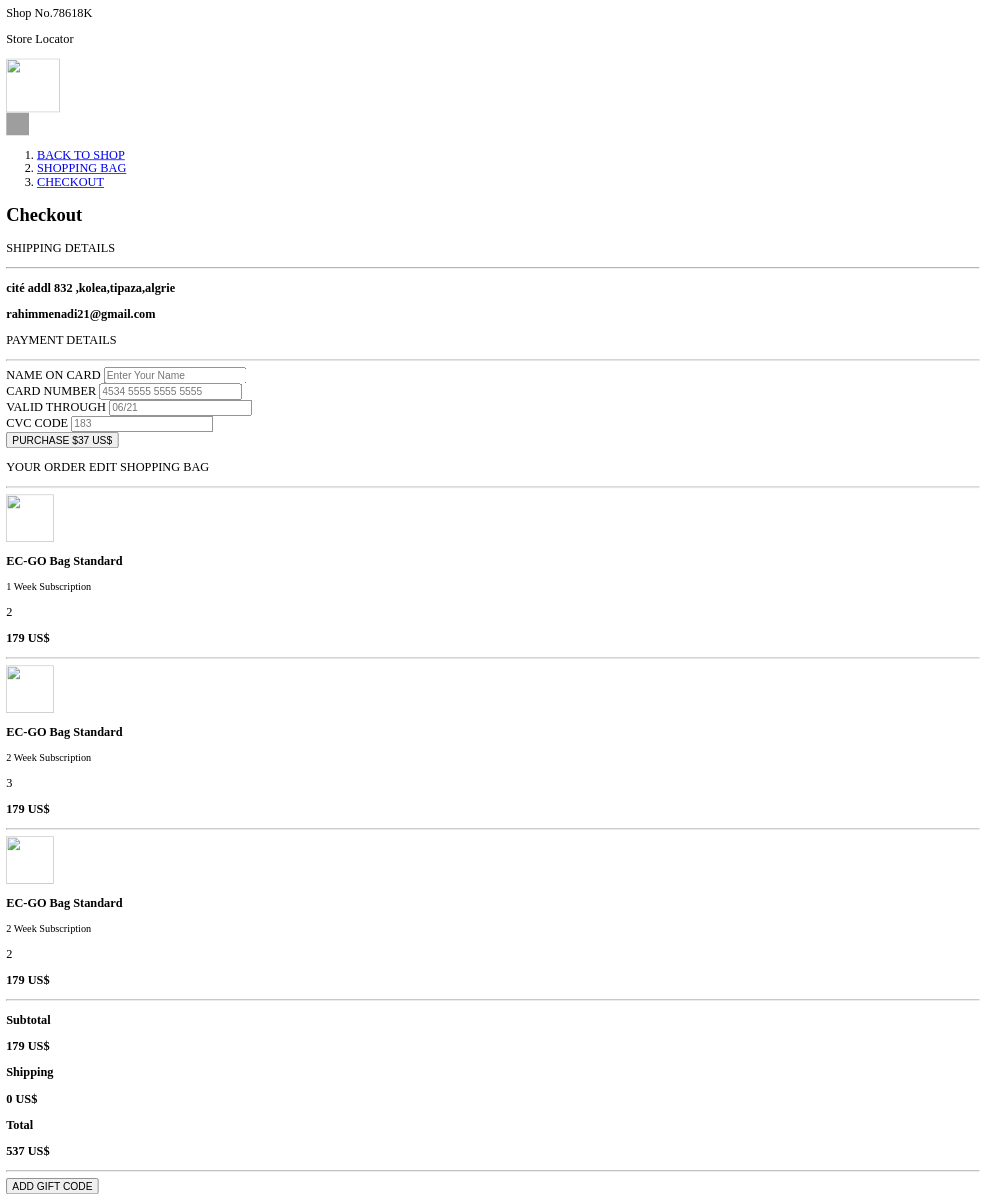
Repository: rahimmenadi/projectx
Page: checkout.html
An editor plug-in stored every save of this project. The page is shown before and after the next save, followed by the edit.
The browser window is 1280 px wide. The pictures show the whole page, at 77% of full size.
Pictures or frames that could not be fetched are drawn as grey boxes.

Above is the page before, as saved 2023-05-16 12:16:02.

### checkout.html
<div class=" container-fluid my-5 ">
    <div class="row justify-content-center ">
        <div class="col-xl-10">
            <div class="card shadow-lg ">
                <div class="row p-2 mt-3 justify-content-between mx-sm-2">
                    <div class="col">
                        <p class="text-muted space mb-0 shop"> Shop No.78618K</p>
                        <p class="text-muted space mb-0 shop">Store Locator</p>
                    </div>
                    <div class="col">
                        <div class="row justify-content-start ">
                            <div class="col">
                                <img class="irc_mi img-fluid cursor-pointer " src=""  width="70" height="70" >
                            </div>
                        </div>
                    </div>
                    <div class="col-auto">
                        <img class="irc_mi img-fluid bell" src="https://i.imgur.com/uSHMClk.jpg" width="30" height="30"  >
                    </div>
                </div>
                <div class="row  mx-auto justify-content-center text-center">
                    <div class="col-12 mt-3 ">
                        <nav aria-label="breadcrumb" class="second ">
                            <ol class="breadcrumb indigo lighten-6 first  ">
                                <li class="breadcrumb-item font-weight-bold "><a class="black-text text-uppercase " href="#"><span class="mr-md-3 mr-1">BACK TO SHOP</span></a><i class="fa fa-angle-double-right " aria-hidden="true"></i></li>
                                <li class="breadcrumb-item font-weight-bold"><a class="black-text text-uppercase" href="#"><span class="mr-md-3 mr-1">SHOPPING BAG</span></a><i class="fa fa-angle-double-right text-uppercase " aria-hidden="true"></i></li>
                                <li class="breadcrumb-item font-weight-bold"><a class="black-text text-uppercase active-2" href="#"><span class="mr-md-3 mr-1">CHECKOUT</span></a></li>
                            </ol>
                        </nav>
                    </div>
                </div>

                <div class="row justify-content-around">
                    <div class="col-md-5">
                        <div class="card border-0">
                            <div class="card-header pb-0">
                                <h2 class="card-title space ">Checkout</h2>
                                <p class="card-text text-muted mt-4  space">SHIPPING DETAILS</p>
                                <hr class="my-0">
                            </div>
                            <div class="card-body">
                                <div class="row justify-content-between">
                                    <div class="col-auto mt-0"><p><b>cité addl 832 ,kolea,tipaza,algrie</b></p></div>
                                    <div class="col-auto"><p><b>rahimmenadi21@gmail.com</b> </p></div>
                                </div>
                                <div class="row mt-4">
                                    <div class="col"><p class="text-muted mb-2">PAYMENT DETAILS</p><hr class="mt-0"></div>
                                </div>
                                <div class="form-group">
                                    <label for="NAME" class="small text-muted mb-1">NAME ON CARD</label>
                                    <input type="text" class="form-control form-control-sm" name="NAME" id="NAME" aria-describedby="helpId" placeholder="Enter Your Name">
                                </div>
                                <div class="form-group">
                                    <label for="NAME" class="small text-muted mb-1">CARD NUMBER</label>
                                    <input type="text" class="form-control form-control-sm" name="NAME" id="NAME" aria-describedby="helpId" placeholder="4534 5555 5555 5555">
                                </div>
                                <div class="row no-gutters">
                                    <div class="col-sm-6 pr-sm-2">
                                        <div class="form-group">
                                            <label for="NAME" class="small text-muted mb-1">VALID THROUGH</label>
                                            <input type="text" class="form-control form-control-sm" name="NAME" id="NAME" aria-describedby="helpId" placeholder="06/21">
                                        </div>
                                    </div>
                                    <div class="col-sm-6">
                                        <div class="form-group">
                                            <label for="NAME" class="small text-muted mb-1">CVC CODE</label>
                                            <input type="text" class="form-control form-control-sm" name="NAME" id="NAME" aria-describedby="helpId" placeholder="183">
                                        </div>
                                    </div>
                                </div>
                                <div class="row mb-md-5">
                                    <div class="col">
                                        <button type="button" name="" id="" class="btn  btn-lg btn-block ">PURCHASE $37 US$</button>
                                    </div>
                                </div>
                            </div>
                        </div>
                    </div>
                    <div class="col-md-5">
                        <div class="card border-0 ">
                            <div class="card-header card-2">
                                <p class="card-text text-muted mt-md-4  mb-2 space">YOUR ORDER <span class=" small text-muted ml-2 cursor-pointer">EDIT SHOPPING BAG</span> </p>
                                <hr class="my-2">
                            </div>
                            <div class="card-body pt-0">
                                <div class="row  justify-content-between">
                                    <div class="col-auto col-md-7">
                                        <div class="media flex-column flex-sm-row">
                                            <img class=" img-fluid" src="" width="62" height="62">
                                            <div class="media-body  my-auto">
                                                <div class="row ">
                                                    <div class="col-auto"><p class="mb-0"><b>EC-GO Bag Standard</b></p><small class="text-muted">1 Week Subscription</small></div>
                                                </div>
                                            </div>
                                        </div>
                                    </div>
                                    <div class=" pl-0 flex-sm-col col-auto  my-auto"> <p class="boxed-1">2</p></div>
                                    <div class=" pl-0 flex-sm-col col-auto  my-auto "><p><b>179 US$</b></p></div>
                                </div>
                                <hr class="my-2">
                                <div class="row  justify-content-between">
                                    <div class="col-auto col-md-7">
                                        <div class="media flex-column flex-sm-row">
                                            <img class=" img-fluid " src="" width="62" height="62">
                                            <div class="media-body  my-auto">
                                                <div class="row ">
                                                    <div class="col"><p class="mb-0"><b>EC-GO Bag Standard</b></p><small class="text-muted">2 Week Subscription</small></div>
                                                </div>
                                            </div>
                                        </div>
                                    </div>
                                    <div class="pl-0 flex-sm-col col-auto  my-auto"> <p class="boxed">3</p></div>
                                    <div class="pl-0 flex-sm-col col-auto my-auto"><p><b>179 US$</b></p></div>
                                </div>
                                <hr class="my-2">
                                <div class="row  justify-content-between">
                                    <div class="col-auto col-md-7">
                                        <div class="media flex-column flex-sm-row">
                                            <img class=" img-fluid " src="" width="62" height="62">
                                            <div class="media-body  my-auto">
                                                <div class="row ">
                                                    <div class="col"><p class="mb-0"><b>EC-GO Bag Standard</b></p><small class="text-muted">2 Week Subscription</small></div>
                                                </div>
                                            </div>
                                        </div>
                                    </div>
                                    <div class="pl-0 flex-sm-col col-auto  my-auto"> <p class="boxed-1">2</p></div>
                                    <div class="pl-0 flex-sm-col col-auto my-auto"><p><b>179 US$</b></p></div>
                                </div>
                                <hr class="my-2">
                                <div class="row ">
                                    <div class="col">
                                        <div class="row justify-content-between">
                                            <div class="col-4"><p class="mb-1"><b>Subtotal</b></p></div>
                                            <div class="flex-sm-col col-auto"><p class="mb-1"><b>179 US$</b></p></div>
                                        </div>
                                        <div class="row justify-content-between">
                                            <div class="col"><p class="mb-1"><b>Shipping</b></p></div>
                                            <div class="flex-sm-col col-auto"><p class="mb-1"><b>0 US$</b></p></div>
                                        </div>
                                        <div class="row justify-content-between">
                                            <div class="col-4"><p ><b>Total</b></p></div>
                                            <div class="flex-sm-col col-auto"><p  class="mb-1"><b>537 US$</b></p> </div>
                                        </div><hr class="my-0">
                                    </div>
                                </div>
                                <div class="row mb-5 mt-4 ">
                                    <div class="col-md-7 col-lg-6 mx-auto"><button type="button" class="btn btn-block btn-outline-primary btn-lg">ADD GIFT CODE</button></div>
                                </div>
                            </div>
                        </div>
                    </div>
                </div>
            </div>
        </div>
    </div>
</div>

### checkout.css
body{
    background: linear-gradient(110deg, #fb54071e 60%,#fb5607  60%);
}

.shop{
    font-size: 10px;
}

.space{
    letter-spacing: 0.8px !important;
}

.second a:hover {
    color: rgb(92, 92, 92) ;
}

.active-2 {
    color: rgb(92, 92, 92)
}


.breadcrumb>li+li:before {
    content: "" !important
}

.breadcrumb {
    padding: 0px;
    font-size: 10px;
    color: #aaa !important;
}

.first {
    background-color: white ;
}

a {
    text-decoration: none !important;
    color: #aaa ;
}

.btn-lg,.form-control-sm:focus,
.form-control-sm:active,
a:focus,a:active {
    outline: none !important;
    box-shadow: none !important
}

.form-control-sm:focus{
    border:1.5px solid #fb5607 ;
}

.btn-group-lg>.btn, .btn-lg {
    padding: .5rem 0.1rem;
    font-size: 1rem;
    border-radius: 0;
    color: white !important;
    background-color: #fb5607;
    height: 2.8rem !important;
    border-radius: 0.2rem !important;
}

.btn-group-lg>.btn:hover, .btn-lg:hover {
    background-color: #fb5607;
}

.btn-outline-primary{
    background-color: #fff !important;
    color:#fb5607 !important;
    border-radius: 0.2rem !important;
    border:1px solid #fb5607;
}

.btn-outline-primary:hover{
    background-color:#fb5607  !important;
    color:#fff !important;
    border:1px solid #fb5607;
}

.card-2{
    margin-top: 40px !important;
}

.card-header{
    background-color: #fff;
    border-bottom:0px solid #aaaa !important;
}

p{
    font-size: 13px ;
}

.small{
    font-size: 9px !important;
}

.form-control-sm {
    height: calc(2.2em + .5rem + 2px);
    font-size: .875rem;
    line-height: 1.5;
    border-radius: 0;
}

.cursor-pointer{
    cursor: pointer;
}

.boxed {
    padding: 0px 8px 0 8px ;
    background-color: #fb5607;
    color: white;
}

.boxed-1{
    padding: 0px 8px 0 8px ;
    color: black !important;
    border: 1px solid #aaaa;
}

.bell{
    opacity: 0.5;
    cursor: pointer;
}

@media (max-width: 767px) {
    .breadcrumb-item+.breadcrumb-item {
        padding-left: 0
    }
}

After the next save:
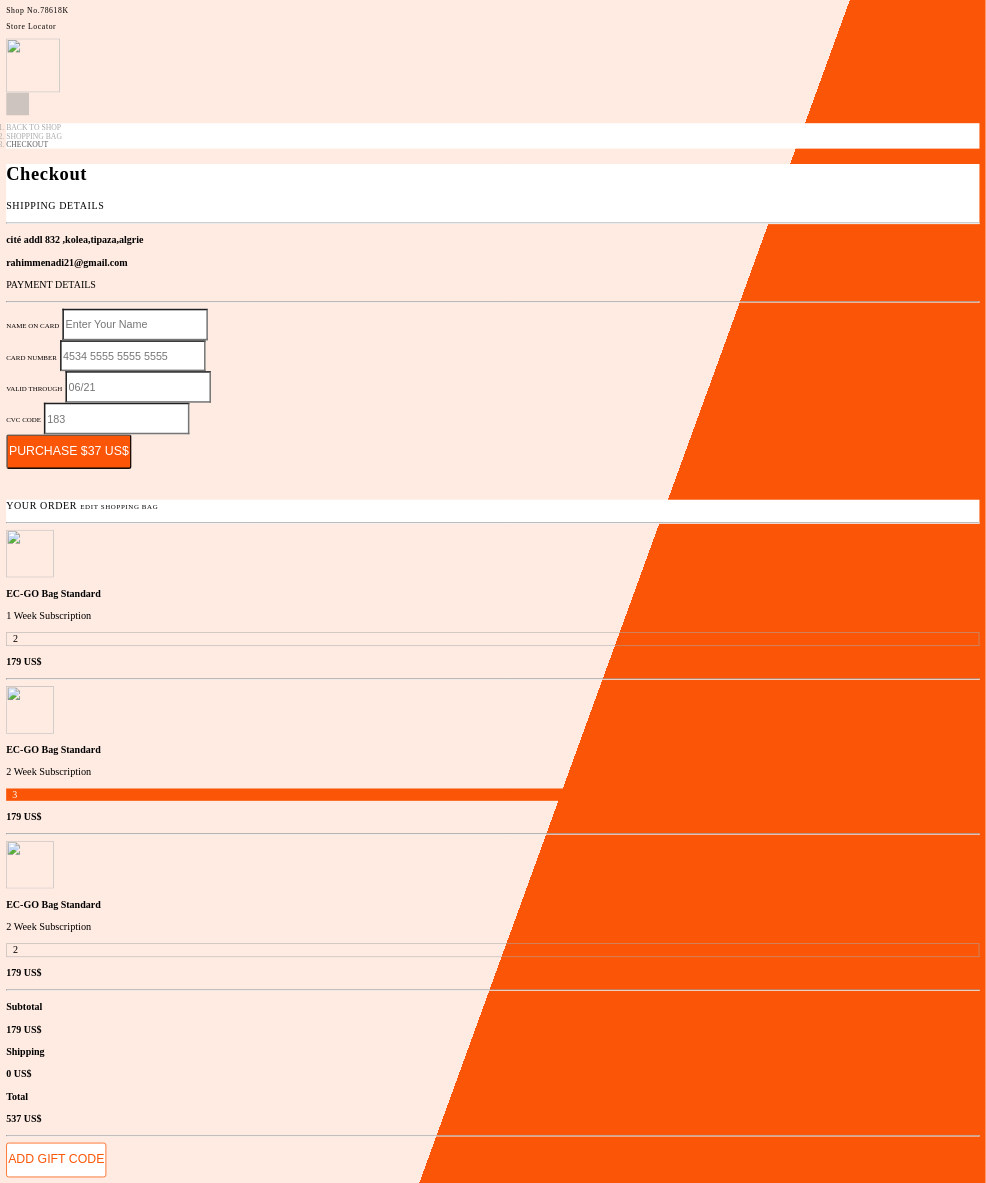
Saved 83 s later.
--- a/checkout.html
+++ b/checkout.html
@@ -1,3 +1,6 @@
+<head>
+   <link rel="stylesheet" href="./checkout.css">
+</head>
 <div class=" container-fluid my-5 ">
     <div class="row justify-content-center ">
         <div class="col-xl-10">
